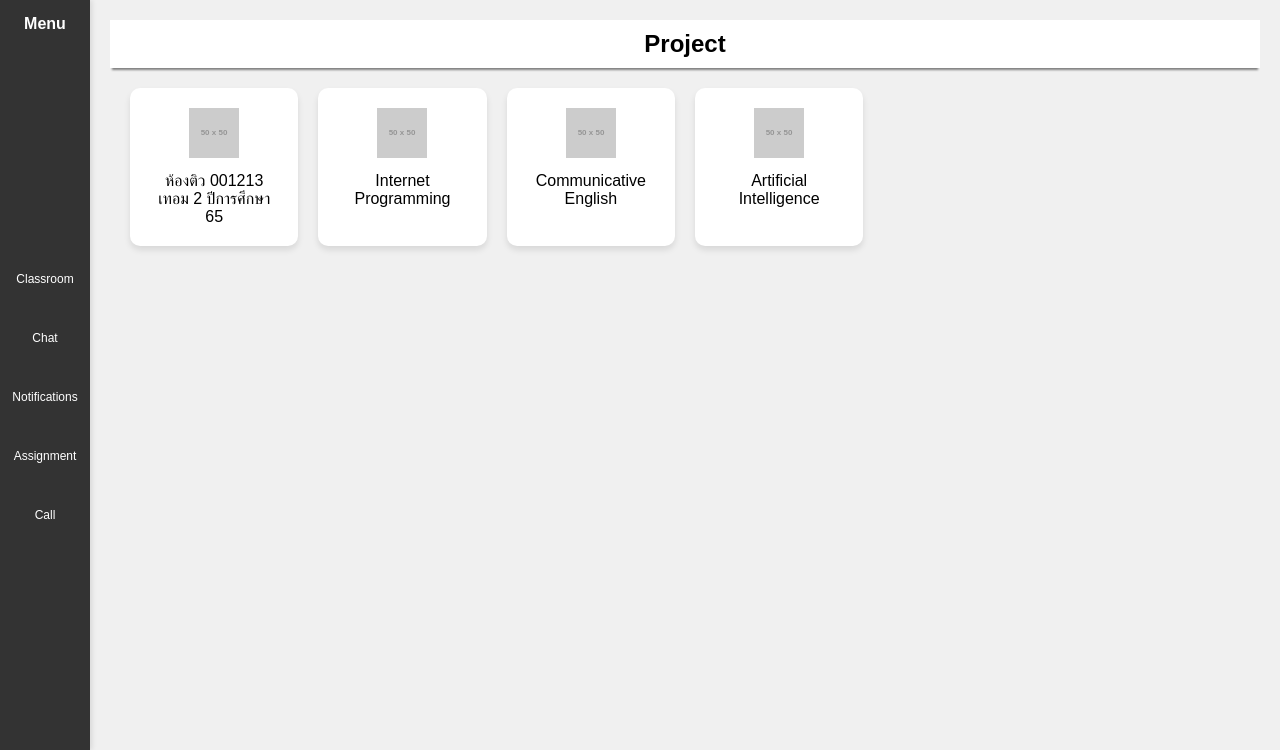
Repository: praifas16/ProPro
Page: docs/studenthead.html
These files come from the project's save history. The page is drawn as it stood at one moment and after the next save; the edit follows.
The browser window is 1280 px wide. The pictures show the whole page.

Above is the page before, as saved 2024-08-21 20:04:45.

After the next save:
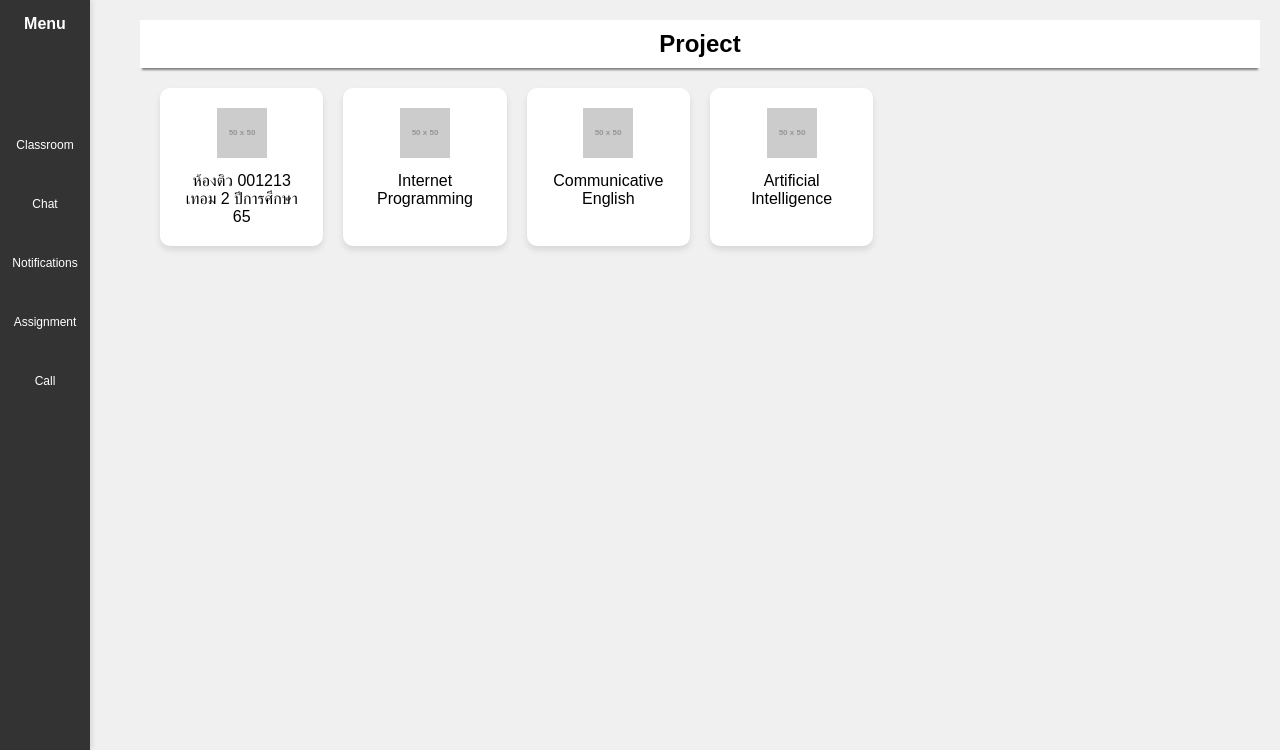
Saved 84 s later.
--- a/docs/studenthead.html
+++ b/docs/studenthead.html
@@ -33,10 +33,7 @@
         }
 
         .menu-items {
-            flex-grow: 1;
-            display: flex;
-            flex-direction: column;
-            justify-content: center; /* จัดให้อยู่ตรงกลางในแนวตั้ง */
+            margin-top: 50px; /* เพิ่มระยะห่างด้านบน เพื่อให้ตรงกับบ็อกสี่เหลี่ยม */
         }
 
         .sidebar a {
@@ -66,7 +63,7 @@
         /* โครงสร้างหน้าเว็บหลัก */
         .main-content {
             flex-grow: 1;
-            padding: 20px;
+            padding: 20px 20px 20px 50px; /* เพิ่ม padding ด้านซ้ายเพื่อให้เนื้อหาหลักอยู่ในระนาบเดียวกัน */
         }
 
         header {
